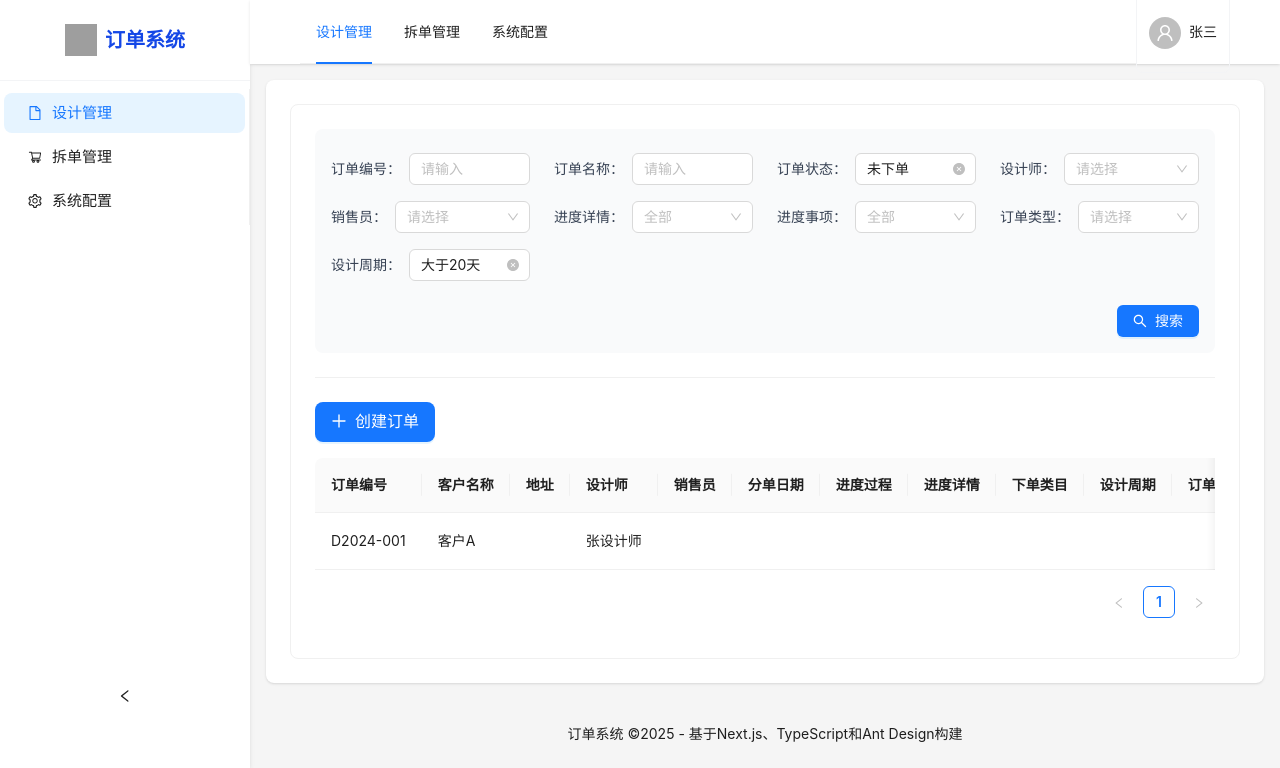
Repository: Garyxiwang/order_system
Page: /design (app in front/)
An editor plug-in stored every save of this project. The page is shown before and after the next save, followed by the edit.
The browser window is 1280 px wide. The pictures show the whole page.
Pictures or frames that could not be fetched are drawn as grey boxes. The project was rebuilt for these pictures with package versions that can differ from the ones it lists, and the page was loaded fresh each time. The framework's server and built-in components were replaced by stand-ins that run in the browser. Also part of the build but not shown: front/next.config.js, front/next.config.ts.

Above is the page before, as saved 2025-08-04 15:17:35.

After the next save:
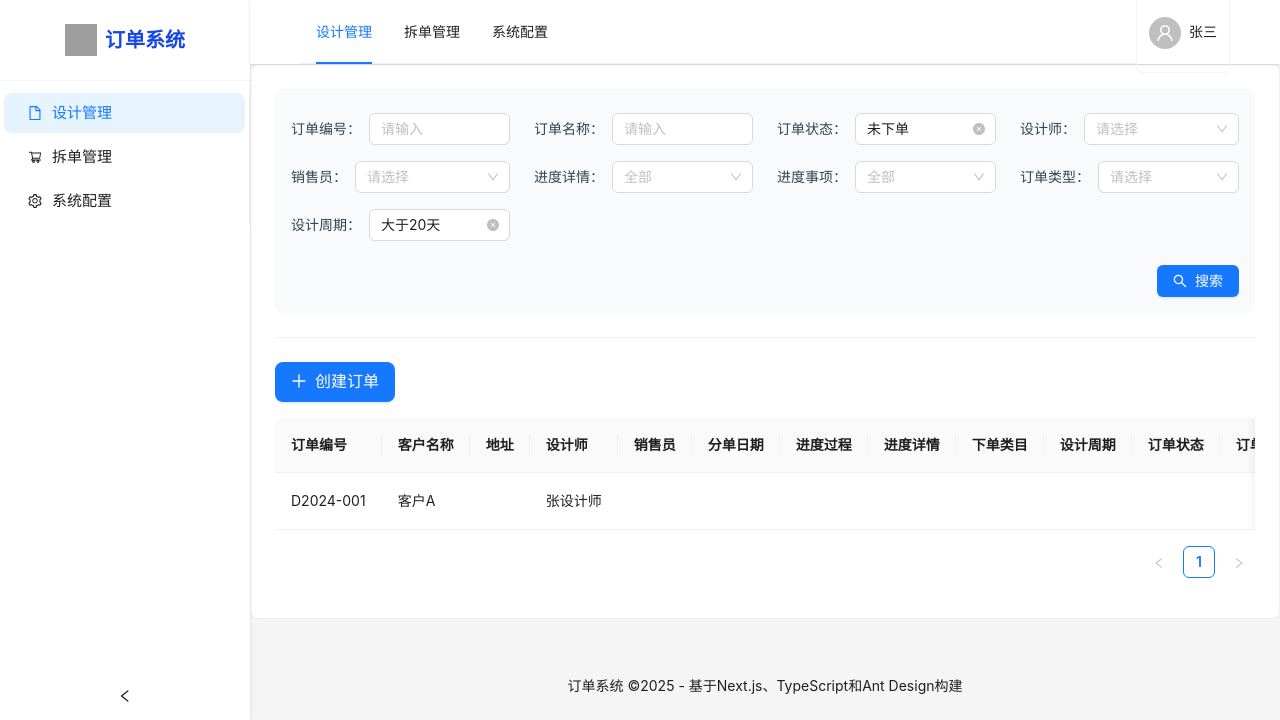
Saved 30 s later.
--- a/front/src/components/layout/AppLayout.tsx
+++ b/front/src/components/layout/AppLayout.tsx
@@ -151,7 +151,7 @@
                   </Dropdown>
                 </div>
               </Header>
-              <Content className="p-6 m-4 bg-white rounded-lg shadow-sm">
+              <Content >
                 {children}
               </Content>
               <Footer className="text-center text-gray-500 bg-transparent">

After the save that followed:
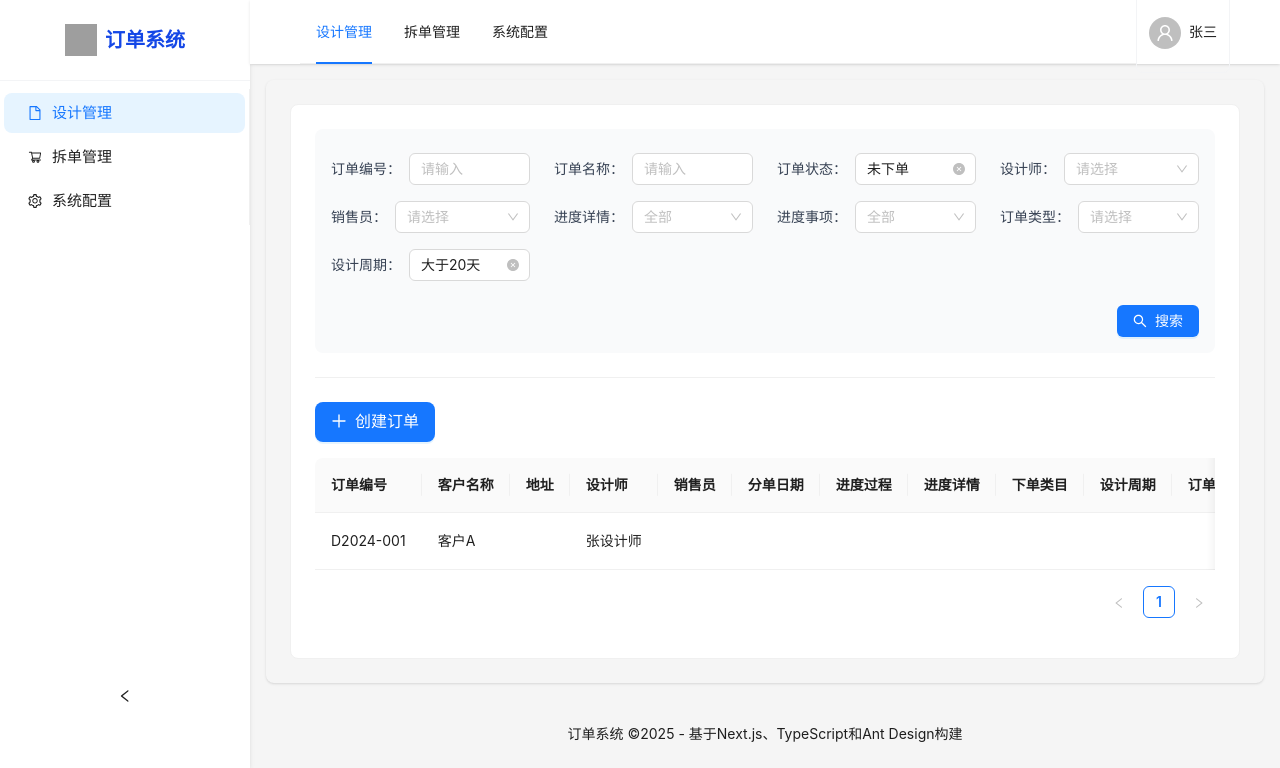
Saved 12 s later.
--- a/front/src/components/layout/AppLayout.tsx
+++ b/front/src/components/layout/AppLayout.tsx
@@ -151,7 +151,7 @@
                   </Dropdown>
                 </div>
               </Header>
-              <Content >
+              <Content className="p-6 m-4  rounded-lg shadow-sm">
                 {children}
               </Content>
               <Footer className="text-center text-gray-500 bg-transparent">
